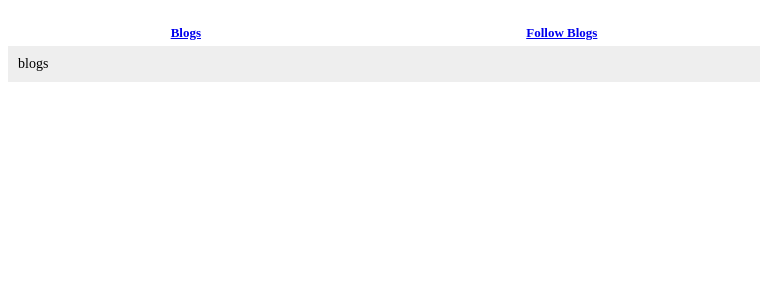
Repository: bhumikagohil/announcements
Page: blogs_home/blogs_home.html
An editor plug-in stored every save of this project. The page is shown before and after the next save, followed by the edit.
The browser window is 768 px wide. The pictures show the whole page.

Above is the page before, as saved 2021-05-31 15:33:27.

After the next save:
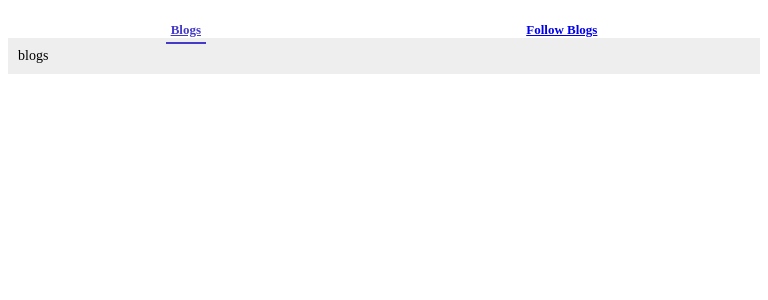
Saved 5 min 48 s later.
--- a/blogs_home/blogs_home.css
+++ b/blogs_home/blogs_home.css
@@ -17,28 +17,28 @@
   padding: 0;
 }
 
-.tab {
+.tab-link {
   cursor: pointer;
   padding: 5px;
   font-size: large;
   font-weight: bold;
 }
 
-.tab.active {
+.tab-link.active {
   color: #443ac8;
   border-bottom: 3px solid #443ac8;
 }
 
-.tab:hover {
+.tab-link:hover {
   color: #443ac8;
 }
 
 /* Media Queries */
 @media only screen and (max-width: 768px) {
-  .tab {
+  .tab-link {
     font-size: 13px;
   }
-  .tab.active {
+  .tab-link.active {
     border-bottom: 2px solid #443ac8;
   }
 }
